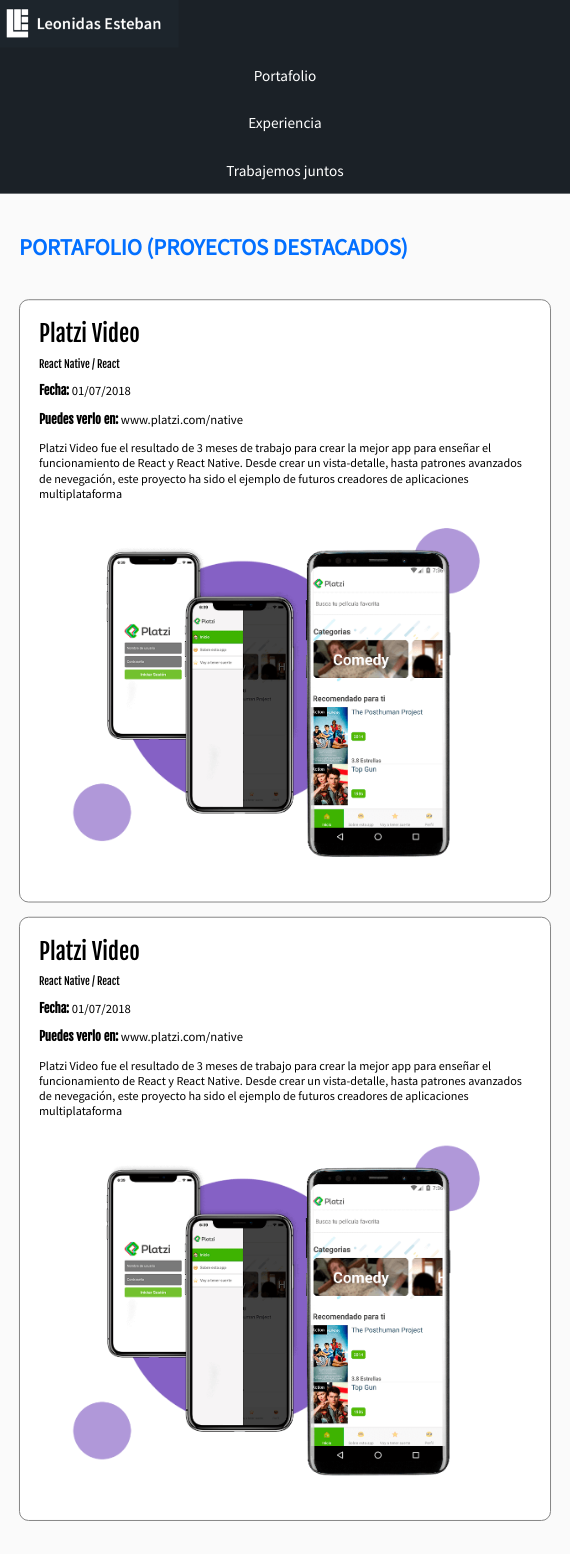
Repository: joseLozanoTamayo/web-desing
Page: desarrollo-web-portafolio/index.html
These files come from the project's save history. The page is drawn as it stood at one moment and after the next save; the edit follows.
The browser window is 600 px wide. The pictures show the whole page, at 95% of full size.

Above is the page before, as saved 2019-04-21 22:37:24.

### desarrollo-web-portafolio/index.html
<!DOCTYPE html>
<html lang="es">
  <head>
    <meta name="viewport" content="width=device-width, initial-scale=1" />
    <meta charset="UTF-8" />
    <title>Leonidas Esteban</title>
    <link rel="icon" type="image/png" href="images/favicon.png" />
    <link
      href="https://fonts.googleapis.com/css?family=Fjalla+One|Source+Sans+Pro"
      rel="stylesheet"
    />
    <link rel="stylesheet" href="css/estilos.css" />
  </head>
  <body>
    <header class="header">
      <div class="container">
        <figure class="logo">
          <img
            src="images/logo.png"
            height="50"
            alt="Logo de http://leonidasesteban.com"
          />
        </figure>
        <nav class="menu">
          <ol>
            <li>
              <a class="link" href="#portafolio">Portafolio</a>
            </li>
            <li>
              <a class="link" href="#eventos">Experiencia</a>
            </li>
            <li>
              <a class="link" href="#contacto">Trabajemos juntos</a>
            </li>
          </ol>
        </nav>
      </div>
    </header>
    <!-- <section class="hero">
      <div class="container">
        <h1>
          Hola! Soy <strong>Leonidas Esteban</strong> <br />
          Desarrollador <strong>Javascript</strong> con <br />
          pasión por la <strong>enseñanza</strong>
        </h1>
        <img
          class="hero-image"
          src="images/hero.jpg"
          width="500"
          height="300"
          alt="imagen principal del sitio"
        />
      </div>
    </section> -->
    <section id="portafolio" class="portfolio">
      <div class="container">
        <h2>Portafolio (Proyectos Destacados)</h2>
        <article class="project">
          <div class="project-details">
            <h3 class="project-title">Platzi Video</h3>
            <h6 class="project-course">React Native / React</h6>
            <p class="project-date">
              <small><strong>Fecha:</strong> 01/07/2018</small>
            </p>
            <p class="project-url">
              <small
                ><strong>Puedes verlo en:</strong> www.platzi.com/native</small
              >
            </p>
            <p class="project-description">
              Platzi Video fue el resultado de 3 meses de trabajo para crear la
              mejor app para enseñar el funcionamiento de React y React Native.
              Desde crear un vista-detalle, hasta patrones avanzados de
              nevegación, este proyecto ha sido el ejemplo de futuros creadores
              de aplicaciones multiplataforma
            </p>
          </div>
          <figure class="project-imageContainer">
            <img
              class="project-image"
              width="500"
              src="images/platzi-video-react-native.png"
              alt="prouyecto del curso de React Native"
            />
          </figure>
        </article>
        <article class="project">
          <div class="project-details">
            <h3 class="project-title">Platzi Video</h3>
            <h6 class="project-course">React Native / React</h6>
            <p class="project-date">
              <small><strong>Fecha:</strong> 01/07/2018</small>
            </p>
            <p class="project-url">
              <small
                ><strong>Puedes verlo en:</strong> www.platzi.com/native</small
              >
            </p>
            <p class="project-description">
              Platzi Video fue el resultado de 3 meses de trabajo para crear la
              mejor app para enseñar el funcionamiento de React y React Native.
              Desde crear un vista-detalle, hasta patrones avanzados de
              nevegación, este proyecto ha sido el ejemplo de futuros creadores
              de aplicaciones multiplataforma
            </p>
          </div>
          <figure class="project-imageContainer">
            <img
              class="project-image"
              width="500"
              src="images/platzi-video-react-native.png"
              alt="prouyecto del curso de React Native"
            />
          </figure>
        </article>
      </div>
    </section>
    <!-- <div class="container">
      <h2 class="event-list-title">Más sobre mi experiencia</h2>
    </div>
    <section id="eventos" class="event-list">
      <div class="container">
        <article class="event">
          <figure class="event-imageContainer">
            <img class="event-image" src="images/platzi-conf.jpg" width="500" />
          </figure>
          <div class="event-detail">
            <h3 class="event-title">PlatziConf México 2018</h3>
            <p class="event-description">
              El evento más grande sobre gente que quiere aprender más de
              internet. En esté evento te comparto como tener una vida de
              constante aprendizaje.
            </p>
            <a
              class="event-url"
              href="https://www.youtube.com/watch?v=BIS7cWGgJg0"
              target="_blank"
              >Ver Plática</a
            >
          </div>
        </article>
        <article class="event">
          <figure class="event-imageContainer">
            <img class="event-image" src="images/platzi-conf.jpg" width="500" />
          </figure>
          <div class="event-detail">
            <h3 class="event-title">PlatziConf México 2018</h3>
            <p class="event-description">
              El evento más grande sobre gente que quiere aprender más de
              internet. En esté evento te comparto como tener una vida de
              constante aprendizaje.
            </p>
            <a
              class="event-url"
              href="https://www.youtube.com/watch?v=BIS7cWGgJg0"
              target="_blank"
              >Ver Plática</a
            >
          </div>
        </article>
        <article class="event">
          <figure class="event-imageContainer">
            <img class="event-image" src="images/platzi-conf.jpg" width="500" />
          </figure>
          <div class="event-detail">
            <h3 class="event-title">PlatziConf México 2018</h3>
            <p class="event-description">
              El evento más grande sobre gente que quiere aprender más de
              internet. En esté evento te comparto como tener una vida de
              constante aprendizaje.
            </p>
            <a
              class="event-url"
              href="https://www.youtube.com/watch?v=BIS7cWGgJg0"
              target="_blank"
              >Ver Plática</a
            >
          </div>
        </article>
        <article class="event">
          <figure class="event-imageContainer">
            <img class="event-image" src="images/platzi-conf.jpg" width="500" />
          </figure>
          <div class="event-detail">
            <h3 class="event-title">PlatziConf México 2018</h3>
            <p class="event-description">
              El evento más grande sobre gente que quiere aprender más de
              internet. En esté evento te comparto como tener una vida de
              constante aprendizaje.
            </p>
            <a
              class="event-url"
              href="https://www.youtube.com/watch?v=BIS7cWGgJg0"
              target="_blank"
              >Ver Plática</a
            >
          </div>
        </article>
      </div>
    </section>
    <section id="contacto" class="contact">
      <div class="container">
        <form action="/suscripcion/" class="form-email">
          <h3>¿Creamos algo juntos?</h3>
          <input type="text" placeholder="Déjame tu email" id="email" />
          <button>Enviar</button>
        </form>
        <div class="social">
          <a
            href="https://twitter.com/leonidasesteban"
            class="social-link twitter"
          ></a>
          <a
            href="https://facebook.com/leonidas.esteban"
            class="social-link facebook"
          ></a>
          <a
            href="https://github.com/leonidasesteban"
            class="social-link github"
          ></a>
          <a
            href="https://instagram.com/leonidasesteban"
            class="social-link instagram"
          ></a>
        </div>
      </div>
    </section>
    <footer class="footer">
      <div class="container">
        <div>
          <p>
            Curso de Desarrollo web online 2018
            <img src="images/platzi.png" width="80" alt="platzi" />
          </p>
        </div>
        <div>
          <p>
            Designed with by
            <a href="https://twitter.com/thespianartist">@thespianartist</a>
          </p>
        </div>
      </div>
    </footer> -->
  </body>
</html>

### desarrollo-web-portafolio/css/estilos.css
/* reglas
selectores
declaraciones
propiedades
valores */


/* seletor de etiqueta  header - section - article - nav */
/* header {
  background: pink;
  color: red
} */

/* selector descendente  */
/* body header div nav ol li a  */

/* selector de clase . */

/* .link */

/* selector de id # */
/* #portafolio */



/* gris oscuro = #1d252c */
/* gris claro = #626262 */
/* background gris = #1b2127 */
/* celeste = #026fff */

body {
  font-family: 'Source Sans Pro', sans-serif;
  margin: 0;
}

h1,
h2,
h3,
h4,
h5,
h6{
  font-family: 'Fjalla One', sans-serif;
  font-weight: normal;
  /* font-style: italic; */
}

h1 {
  font-size: 40px;
  line-height: 1.5;
  letter-spacing: -.2px;
  color: white;
  margin: 0;
  /* margin: 100px 150px 70px 30px; */
  /* text-transform: uppercase; */
  /* text-decoration: dashed; */
}
h1 strong {
  color: #026fff;
}
h2 {
  color: #026fff;
  text-transform: uppercase;
  font-family: 'Source Sans Pro', sans-serif;
  font-weight: bold;
  font-size: 24px;
  margin-bottom: 40px;
}

.hero {
  height: 300px;
  /* background-image: url('../images/hero.jpg'); */
  background-color: #1b2127;
  /* background-size: 500px 300px; */
  /* background-repeat: no-repeat; */
  /* background-position-x: right; */
  display: flex;
  align-items: center;
  justify-content: space-between;
  flex-wrap: wrap;
}

.hero-image{
  object-fit: cover;
}


.portfolio {
  background: #fafafa;
  padding: 20px;
  /* background: red; */
}

.project {
  /* border-top: 10px solid red;
  border-right: 10px solid green;
  border-left: 10px solid orange;
  border-bottom: 10px solid pink; */
  /* color: blue; */
  /* border-top-color: red;
  border-top-width: 15px;
  border-top-style: solid; */
  border: 1px solid gray;
  border-radius: 10px;
  /* border-top-left-radius: 50px;
  border-top-right-radius: 10px;
  border-bottom-left-radius: 10px;
  border-bottom-right-radius: 10px; */
  /* margin: 10px; */
  margin-bottom: 15px;
  /* margin-right
  margin-left
  margin-top */
  padding: 20px;
  background: white;
  display: flex;
  align-items: center;
  justify-content: space-between;
  flex-wrap: wrap;
}
.project-course,
.project-date,
.project-url {
  margin: 10px 0;
}
.project-description {
  font-size: 20px;
}
.project strong {
  font-family: 'Fjalla One', sans-serif;
}
/* .project-date {
  margin: 10px 0;
} */

.project-title {
  font-size: 30px;
  margin-top: 0;
  margin-bottom: 10px;
}


.project-details {
  width: 50%;
}

.project-imageContainer {
  width: 50%;
}

.project-imageContainer img {
  max-width: 100%;
}

.header {
  background-color: #1b2127;
  color: white;
  display: flex;
  height: 70px;
  align-items: center;
  justify-content: space-between;
  flex-wrap: wrap;
}

ol,
ul {
  margin: 0;
  padding: 0;
  list-style: none;
}

figure {
  margin: 0;
}

.header a {
  color: white;
  text-decoration: none;
}
.menu {
  height: inherit;
}
.header ol {
  display: flex;
  height: inherit;
}
.header ol li {
  height: inherit;
}
.header a {
  display: flex;
  align-items: center;
  height: inherit;
  padding: 0 10px;
}

.flexbox {
  display: flex;
  /* flex-wrap: nowrap; */
  flex-wrap: wrap;
  /* flex-direction: column; */
}

.box {
  width: 50px;
  height: 50px;
  margin: 5px;
  border: 1px solid red;

  flex-shrink: 0;
}

.footer {
  color: white;
  background-color: #1b2127;
  display: flex;
  align-items: center;
  justify-content: space-between;
  flex-wrap: wrap;
}

.footer img {
  vertical-align: middle;
}

.footer a {
  color: white;
}

.event-list {
  display: flex;
  flex-wrap: wrap;
}
.event-list-title {
  margin-left: 20px;
}
.event {
  margin: 10px;
  width: 480px;
  flex-shrink: 0;
  border-radius: 10px;
  overflow: hidden;
  background: #f4fbff;
}
.event img {
  width: 480px;
  height: 200px;
  object-fit: cover;
}
.event-detail {
  margin: 20px 40px;
  margin-top: -40px;
  background-color: white;
  position: relative;
  padding: 20px;
  text-align: center;
}
.event-description {
  text-align: left;
}

.event-url {
  color: #056fff;
  border: 1px solid;
  padding: 5px 20px;
  text-decoration: none;
  border-radius: 5px;
}

.contact {
  background-color: #056fff;
  color: white;
  height: 150px;
  display: flex;
  align-items: center;
  justify-content: space-between;
  flex-wrap: wrap;
}

.social {
}

.social-link {
  display: inline-block;
  width: 50px;
  height: 50px;
  margin: 0 10px;
  background-size: 50px 50px;
}

.social-link.twitter {
  background-image: url('../images/twitter.svg');
}
.social-link.facebook {
  background-image: url('../images/facebook.svg');
}
.social-link.github {
  background-image: url('../images/github.svg');
}
.social-link.instagram {
  background-image: url('../images/instagram.svg');
}


.form-email input {
  border-color: gray;
  border-style: solid;
  border-radius: 5px;
  padding: 10px 20px 10px 25px;
  background-image: url('../images/envelope.svg');
  background-size: 15px 15px;
  background-repeat: no-repeat;
  background-position-y: center;
  background-position-x: 5px;
}

.form-email button {
  display: block;
  background: transparent;
  color: white;
  padding: 10px 0;
  border-radius: 5px;
  width: 100px;
  margin-top: 10px;
}

.form-email h3 {
  font-family: 'Source Sans Pro', sans-serif;
}

.container {
  /* border: 1px solid red; */
  max-width: 1000px;
  flex: 1;
  margin: 0 auto;
  display: inherit;
  justify-content: inherit;
  align-items: inherit;
  height: inherit;
  flex-wrap: inherit;
}

/* destop first que empieces desde MQ mas grande*/

@media screen and ( max-width: 1024px){
}

@media screen and (max-width: 767px) {
  .header {
    display: block;
    height: auto;
  }

  .header ol {
    display: block;
  }

  .header ol li {
    height: 50px;
  }

  .header a {
    justify-content: center;
  }

  .project {
    display: block;
  }

  .project-imageContainer {
    width: auto;
    text-align: center;
  }

  .project-details {
    width: auto;
    font-size: 16px;
  }

  .project-title {
    font-size: 1.5em;
  }

  .project-url {
    font-size: 1em;
  }

  .project-course {
    font-size: .7em;
  }

  .project-date {
    font-size: 1em;
  }

  .project-description {
    font-size: 0.8em;
  }

}

@media screen and ( max-width: 480px){
  .project-details {
    width: auto;
    font-size: 12px;
  }
}

@media screen and ( max-width: 320px){
}

After the next save:
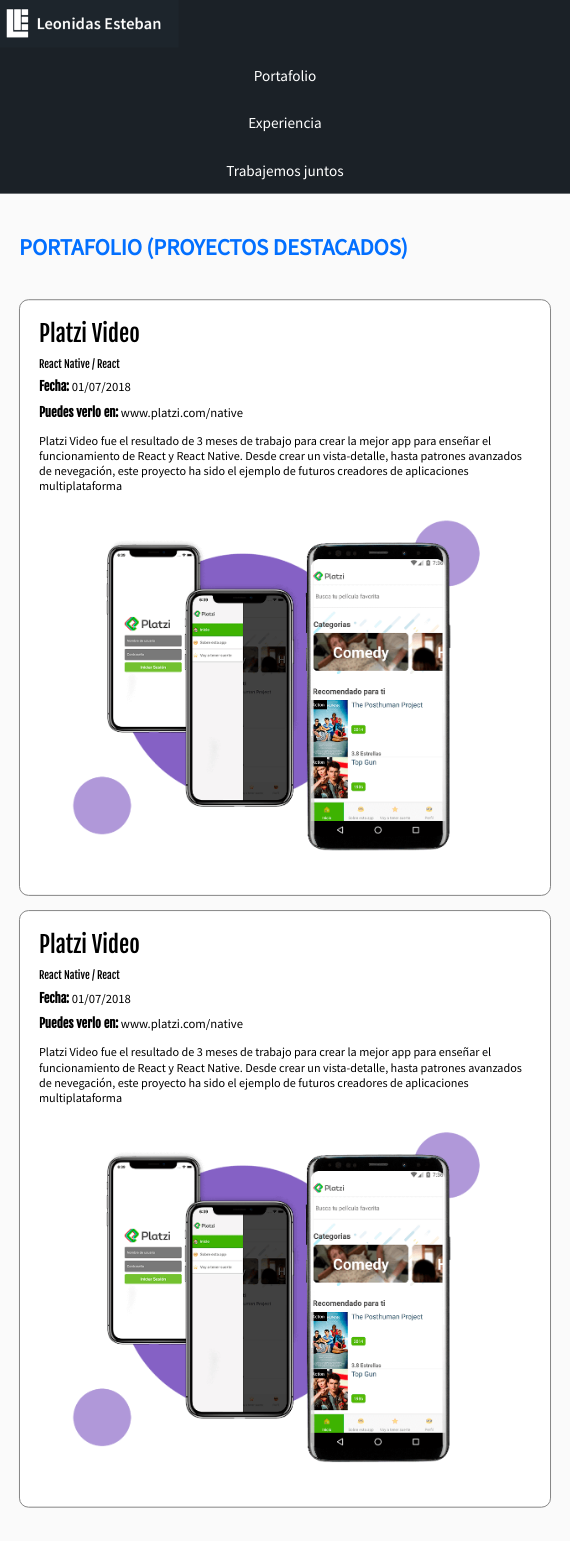
Saved 2 min 26 s later.
--- a/desarrollo-web-portafolio/css/estilos.css
+++ b/desarrollo-web-portafolio/css/estilos.css
@@ -376,6 +376,10 @@
     font-size: 16px;
   }
 
+  .project-course, .project-date, .project-url {
+    margin: .4em 0;
+  }
+
   .project-title {
     font-size: 1.5em;
   }
